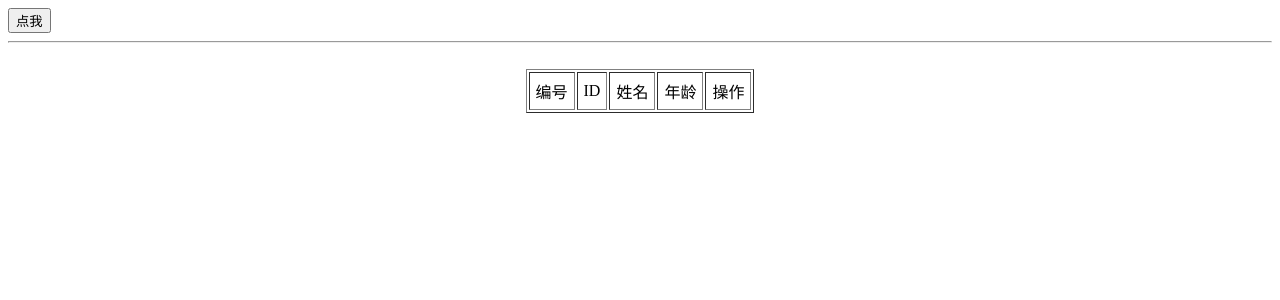
Repository: DataBoxWx/mvc_servlet_3
Page: http://localhost/2_jsp1/ajax/ajax4.jsp
An editor plug-in stored every save of this project. The page is shown before and after the next save, followed by the edit.
The browser window is 1280 px wide. The pictures show the whole page.
The page is served by Tomcat 9.

Above is the page before, as saved 2018-05-05 05:57:32.

After the next save:
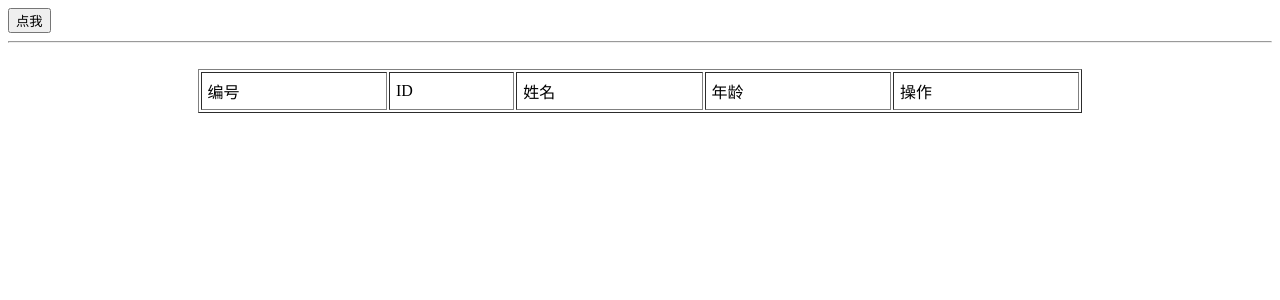
Saved 22 s later.
--- a/2_jsp1/WebContent/ajax/ajax4.jsp
+++ b/2_jsp1/WebContent/ajax/ajax4.jsp
@@ -33,7 +33,7 @@
 </head>
 <body>
 	<button id="btn">点我</button><br><hr><br/>
-	<table align="center" border="1" cellpadding="6">
+	<table align="center" width="70%" border="1" cellpadding="6">
 		<thead>
 			<tr>
 				<td>
